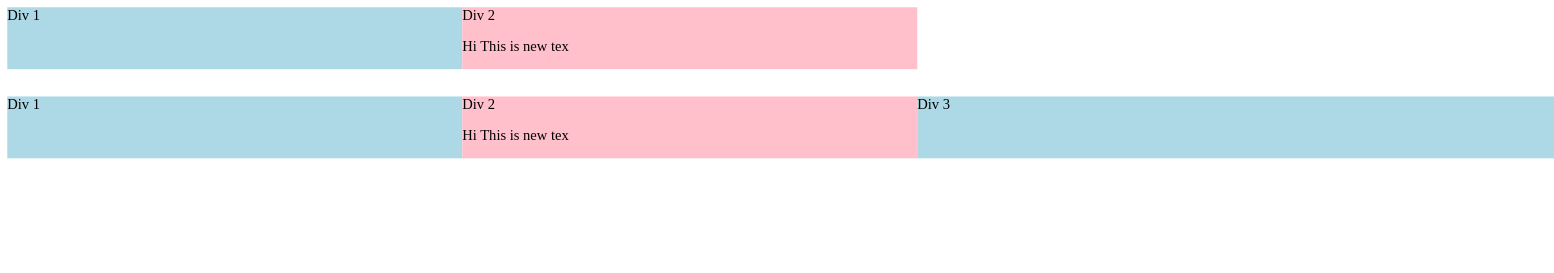
Repository: RagulRanjeeth/Frontend
Page: Exercises/Grids.html
The author's editor kept a copy of each file at every save. The page is drawn from the files as they stood at one save, then again after the next save.
The browser window is 1280 px wide. The page is 1708 px wide, then 1280 px, so the pictures cover 1708 px, including what lies to the right of the window. The pictures show the whole page, at 91% of full size.

Above is the page before, as saved 2026-01-25 15:56:10.

### Exercises/Grids.html
<!DOCTYPE html>
<html>
    <head>
        <title>Grid Practice</title>
    </head>
    <body>
        <div style="
        display: grid;
        grid-template-columns: 500px 500px;
        ">
            <div style="background-color: lightblue">Div 1</div>
            <div style="background-color: rgb(255, 192, 203)">Div 2 <p>Hi This is new tex</p></div>
        </div>

            <div style="
            display: grid;
            grid-template-columns: 500px 500px 700px;
            margin-top: 30px;
            ">
                <div style="background-color: lightblue">Div 1</div>
                <div style="background-color: rgb(255, 192, 203)">Div 2 <p>Hi This is new tex</p></div>
                <div style="background-color: lightblue">Div 3</div>
            </div>
    </body>
</html>

After the next save:
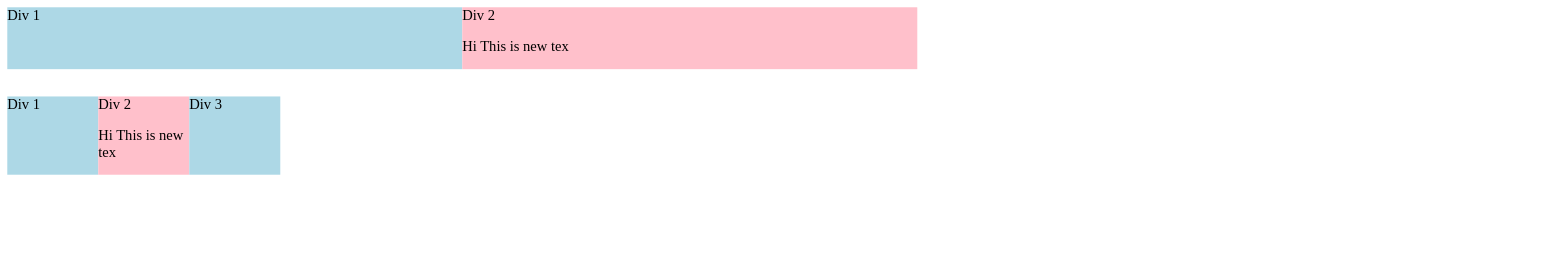
Saved 12 s later.
--- a/Exercises/Grids.html
+++ b/Exercises/Grids.html
@@ -14,7 +14,7 @@
 
             <div style="
             display: grid;
-            grid-template-columns: 500px 500px 700px;
+            grid-template-columns: 100px 100px 100px;
             margin-top: 30px;
             ">
                 <div style="background-color: lightblue">Div 1</div>
